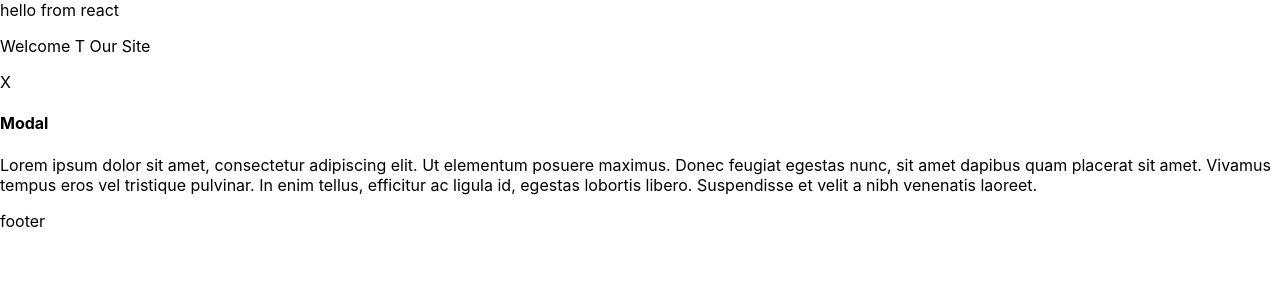
Repository: KrzysKolo/sr_tydzien5_zad1
Page: /
The author's editor kept a copy of each file at every save. The page is drawn from the files as they stood at one save, then again after the next save.
The browser window is 1280 px wide. The pictures show the whole page.
The project was rebuilt for these pictures with package versions that can differ from the ones it lists, and the page was loaded fresh each time.

Above is the page before, as saved 2020-12-18 13:24:44.

After the next save:
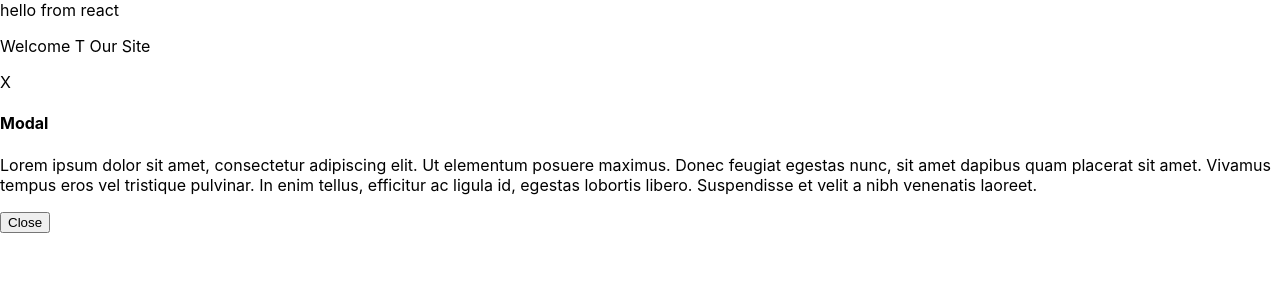
Saved 88 s later.
--- a/src/components/modal/modalComponents/ModalFooter.js
+++ b/src/components/modal/modalComponents/ModalFooter.js
@@ -3,7 +3,7 @@ import React from 'react';
 const ModalFooter = () => {
     return (
         <footer className="modal-footer">
-            footer
+            <button className="btn-cancel">Close</button>
         </footer>
     )
 }
